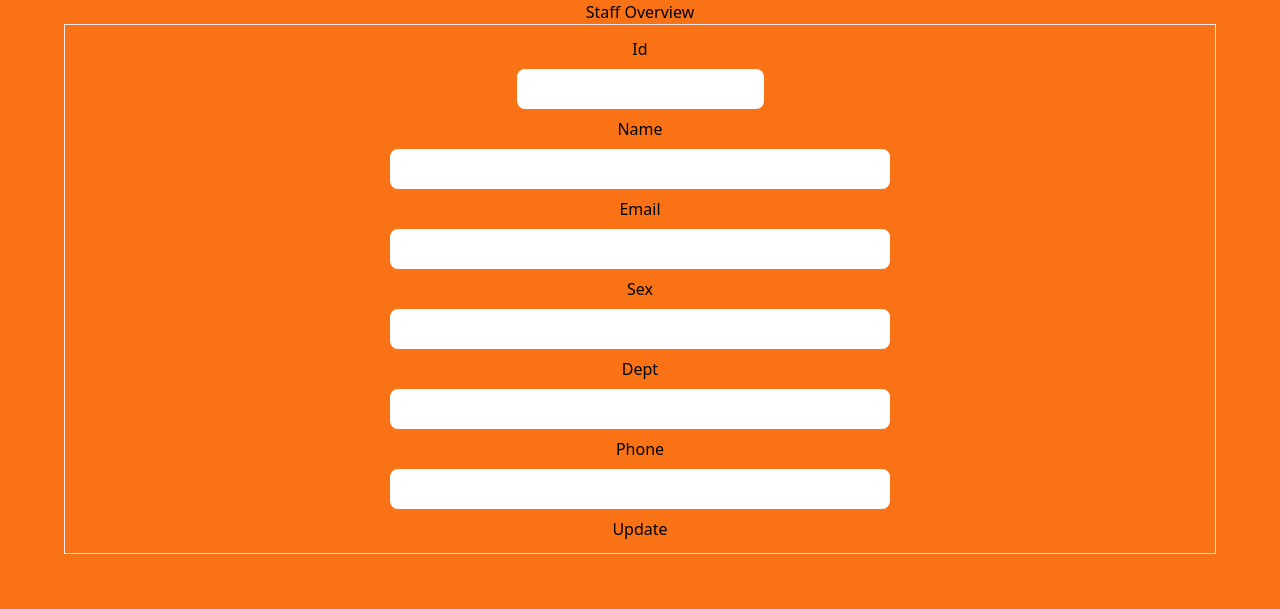
Repository: Semanmernstack/crud
Page: /employee/create
These files come from the project's save history. The page is drawn as it stood at one moment and after the next save; the edit follows.
The browser window is 1280 px wide. The pictures show the whole page.
The project was rebuilt for these pictures with package versions that can differ from the ones it lists, and the page was loaded fresh each time. Also part of the build but not shown: src/List.js, src/Details.js, src/Edit.js.

Above is the page before, as saved 2022-12-24 01:50:57.

### src/App.js
import List from "./List";
import {
  BrowserRouter,
  Routes,
  Route,

} from "react-router-dom";
import Details from "./Details";
import Create from "./Create";
import Edit from "./Edit";



function App() {
  return (
    <div className="bg-slate-100 h-screen">
      <BrowserRouter>

      <Routes>
        <Route path="/" element={<List/>}> </Route>
        <Route path="/employee/create" element={<Create/>}> </Route>
        <Route path="/employee/details/:empid" element={<Details/>}> </Route>
        <Route path="/employee/edit/:empid" element={<Edit/>}> </Route>
      </Routes>
      </BrowserRouter>

    </div>
  );
}

export default App;

### src/Create.js
import React from 'react'

function Create() {
  return (
    <div className="flex flex-col h-screen bg-orange-500  text-center ">
        <div>
            <p>Staff Overview</p>
        </div>
        <form className="">
          <div className="flex text-center p-3 justify-center border max-w-6xl mx-auto  items-center flex-col gap-2">
            <div className="flex flex-col  items-center">
              <span>Id</span>
              <input className='w-full mt-2 outline-none border-none p-2 rounded-lg'   type="text" />
            </div>
            <div className="flex flex-col w-[500px] items-center">
              <span>Name</span>
              <input className='w-full mt-2 outline-none border-none p-2 rounded-lg' type="text" required />
            </div>
            <div className="flex flex-col w-[500px] items-center">
              <span>Email</span>
              <input className='w-full mt-2 outline-none border-none p-2 rounded-lg' type="email" />
            </div>
            <div className="flex flex-col w-[500px] items-center">
              <span>Sex</span>
              <input className='w-full mt-2 outline-none border-none p-2 rounded-lg' type="text" />
            </div>
            <div className="flex flex-col w-[500px] items-center">
              <span>Dept</span>
              <input className='w-full mt-2 outline-none border-none p-2 rounded-lg' type="text" />
            </div>
            <div className="flex flex-col w-[500px] items-center">
              <span>Phone</span>
              <input className='w-full mt-2 outline-none border-none p-2 rounded-lg' type="number" />
            </div>
            <button>Update</button>
          </div>
        </form>
    </div>
  )
}

export default Create

Loaded but not shown: public/index.html (common file); src/index.js (common file); src/index.css (common file); src/reportWebVitals.js (common file); tailwind.config.js (common file)

After the next save:
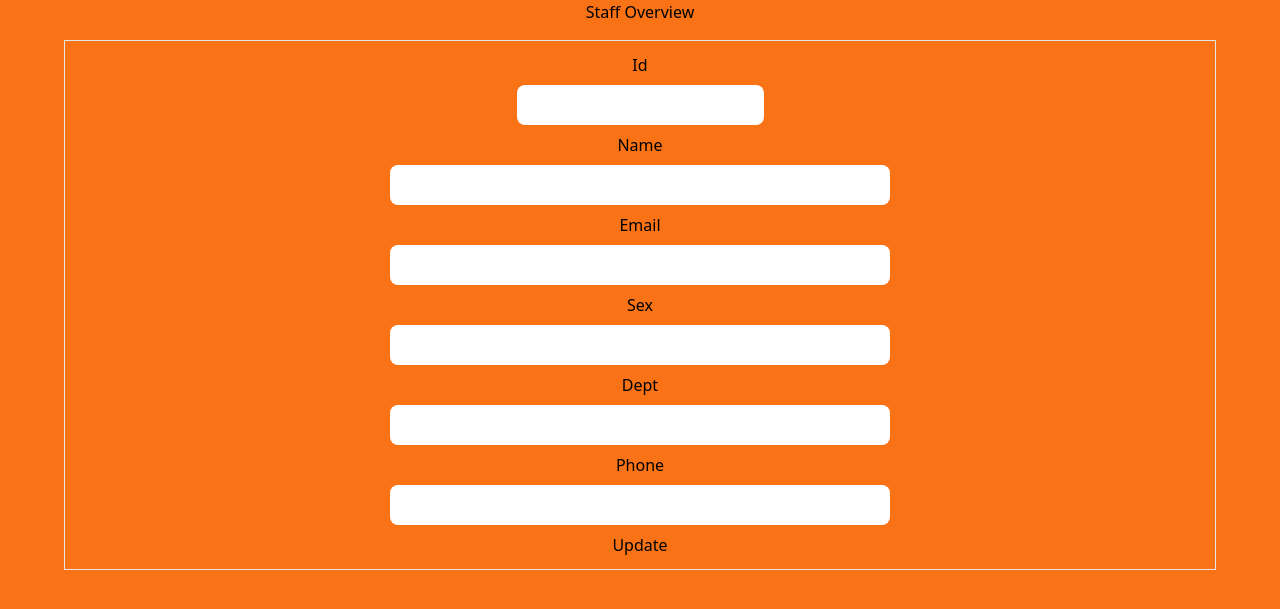
Saved 64 s later.
--- a/src/Create.js
+++ b/src/Create.js
@@ -4,7 +4,7 @@ function Create() {
   return (
     <div className="flex flex-col h-screen bg-orange-500  text-center ">
         <div>
-            <p>Staff Overview</p>
+            <p className="mb-4">Staff Overview</p>
         </div>
         <form className="">
           <div className="flex text-center p-3 justify-center border max-w-6xl mx-auto  items-center flex-col gap-2">
